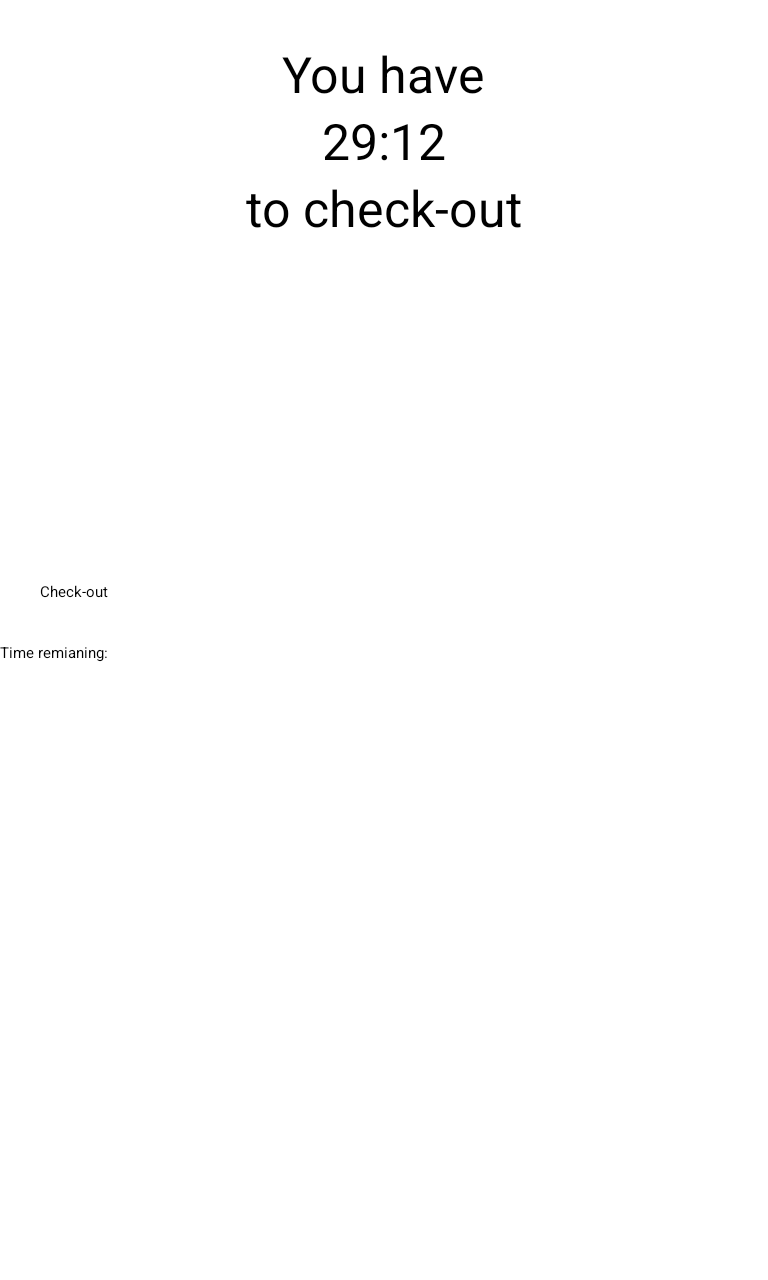
Repository: leo195162839/Test-Repo
Layout: TravelGuardian/res/layout/fragment_count__time__left.xml
The author's editor kept a copy of each file at every save. The layout is drawn from the files as they stood at one save, then again after the next save.
It is drawn on a 768 x 1280 px phone screen (xhdpi) without system bars, with theme Theme.Base.AppCompat; the app's code is not run.

Above is the layout before, as saved 2014-06-15 17:56:18.

After the next save:
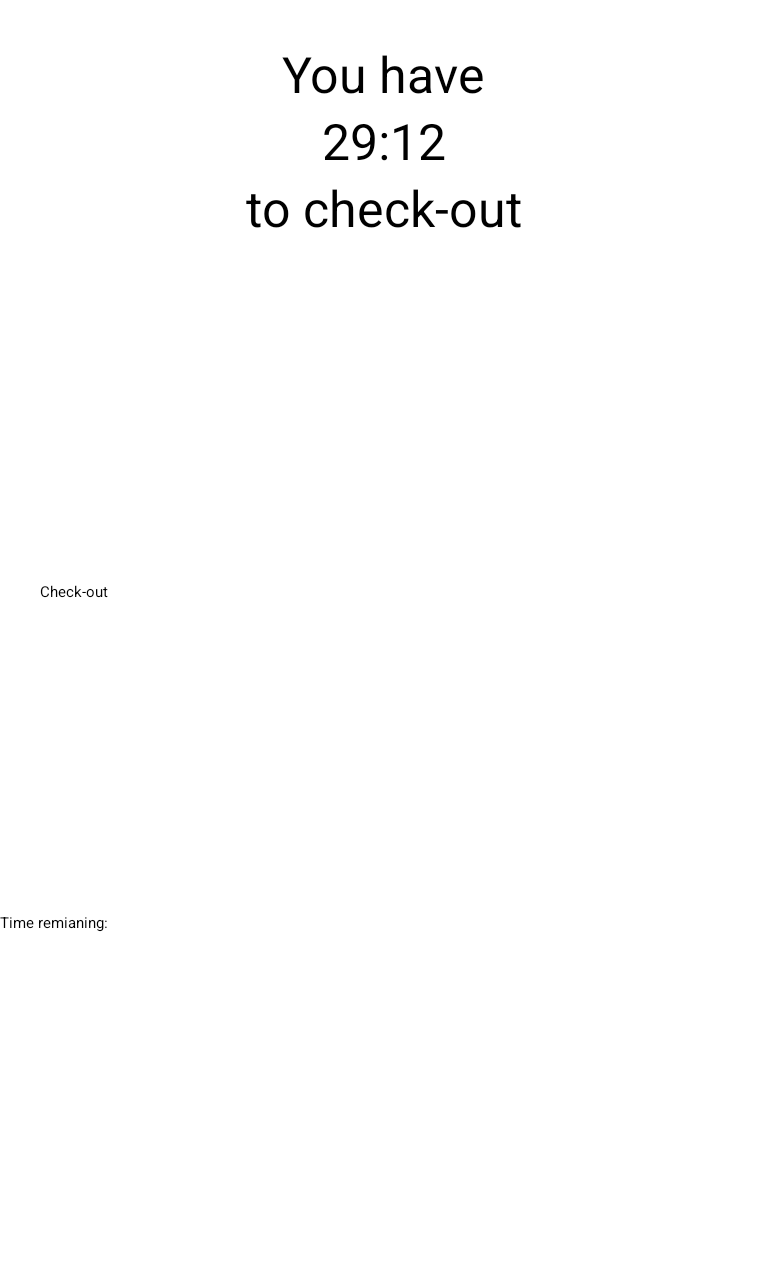
Saved 37 s later.
--- a/TravelGuardian/res/layout/fragment_count__time__left.xml
+++ b/TravelGuardian/res/layout/fragment_count__time__left.xml
@@ -43,9 +43,8 @@
         android:id="@+id/time_remianing"
         android:layout_width="wrap_content"
         android:layout_height="wrap_content"
-        android:layout_gravity="left"
+        android:layout_marginTop="135sp"
         android:text="@string/time_remianing" />
-
 
     <ProgressBar
         android:id="@+id/progressBar1"
